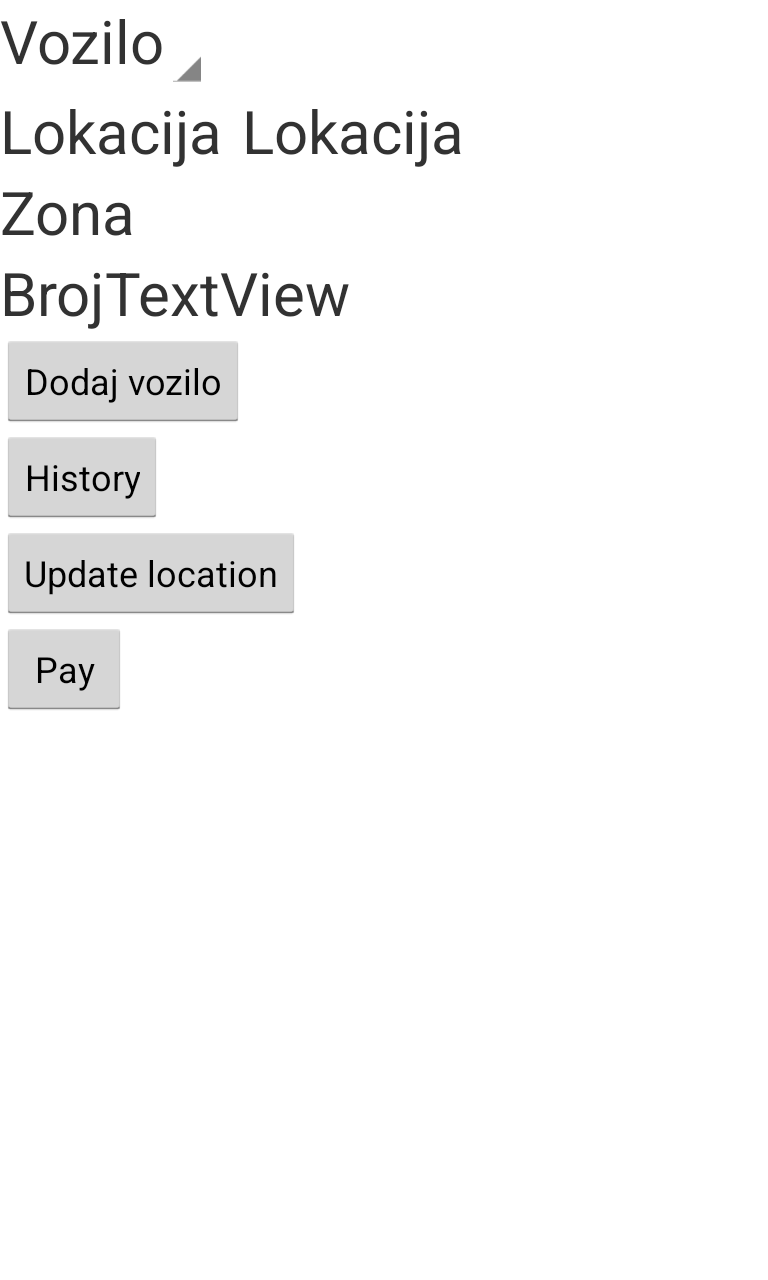
Repository: Kondorcom/GPS_parking
Layout: GPSParking/res/layout/activity_main.xml
An editor plug-in stored every save of this project. The layout is shown before and after the next save, followed by the edit.
It is drawn on a 768 x 1280 px phone screen (xhdpi) without system bars, with theme AppTheme; the app's code is not run. The app's manifest (not shown) leaves right-to-left support off. So textAlignment, textDirection and layoutDirection are ignored, and left and right values win over start and end ones.

Above is the layout before, as saved 2016-05-16 10:52:20.

After the next save:
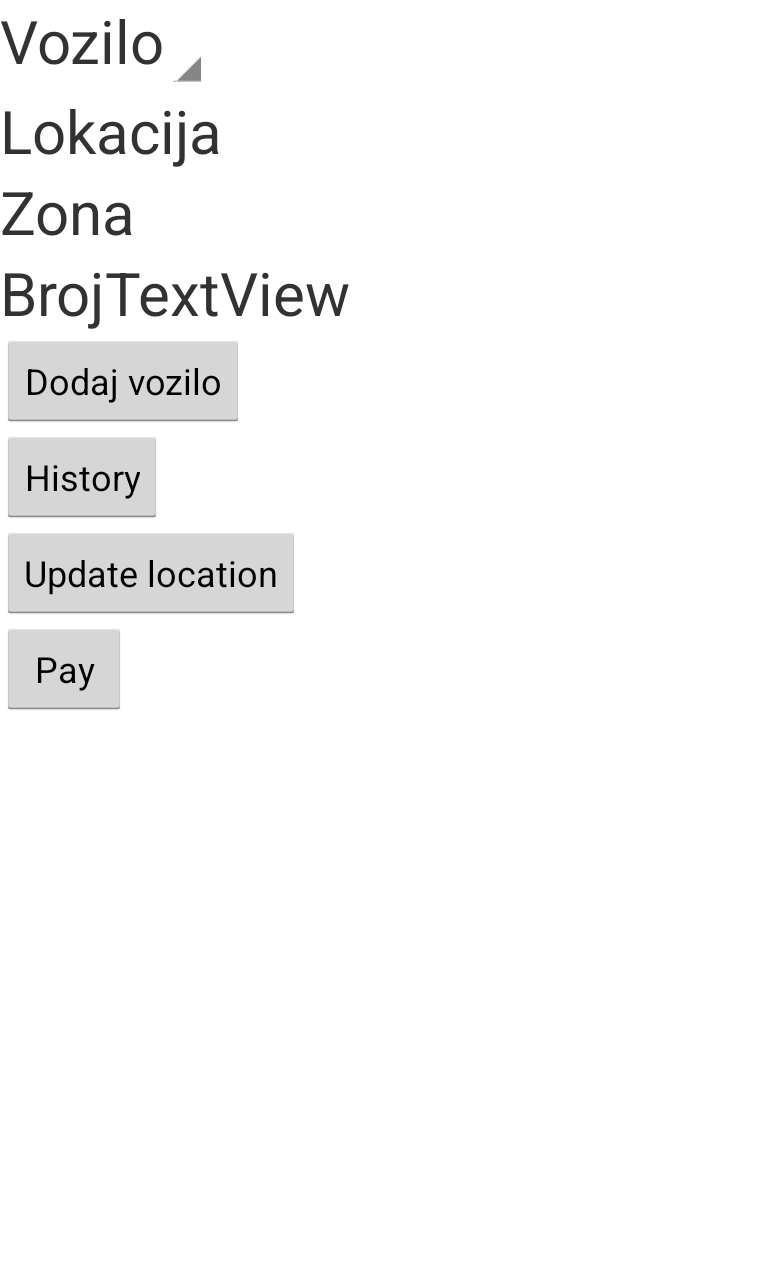
Saved 10 s later.
--- a/GPSParking/res/layout/activity_main.xml
+++ b/GPSParking/res/layout/activity_main.xml
@@ -41,7 +41,7 @@
             android:layout_height="wrap_content"
             android:layout_marginStart="10dp"
             android:layout_weight="0.04"
-            android:text="Lokacija"
+            android:text=""
             android:textSize="30sp" />
 
     </LinearLayout>
